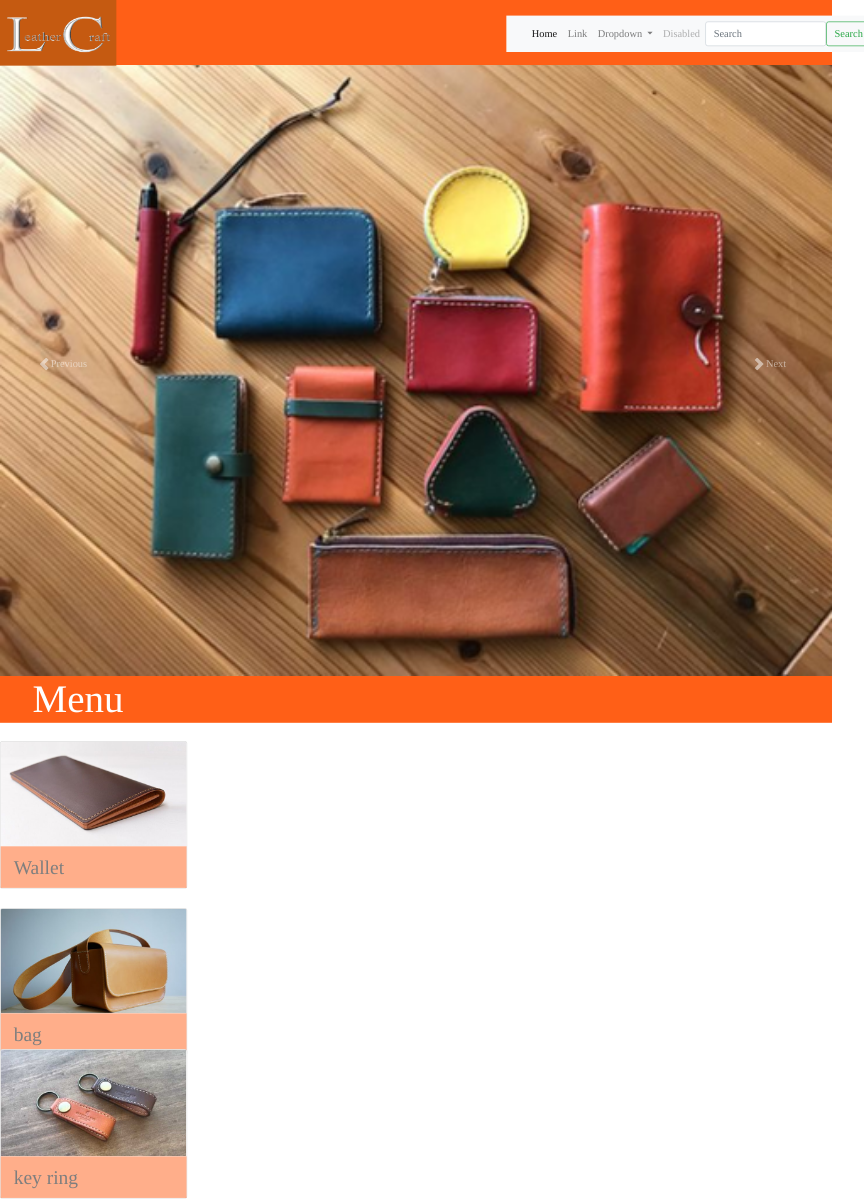
Repository: Ossan-gon/leatercraft
Page: index/indexx.html
The author's editor kept a record of every edit. The page is drawn from the files as they stood at one moment, then again after the next edit.
The browser window is 1280 px wide. The page is 1330 px wide, so the pictures cover 1330 px, including what lies to the right of the window. The pictures show the whole page, at 65% of full size.
Some web libraries are served in a nearby version.

Above is the page before.

After the next edit:
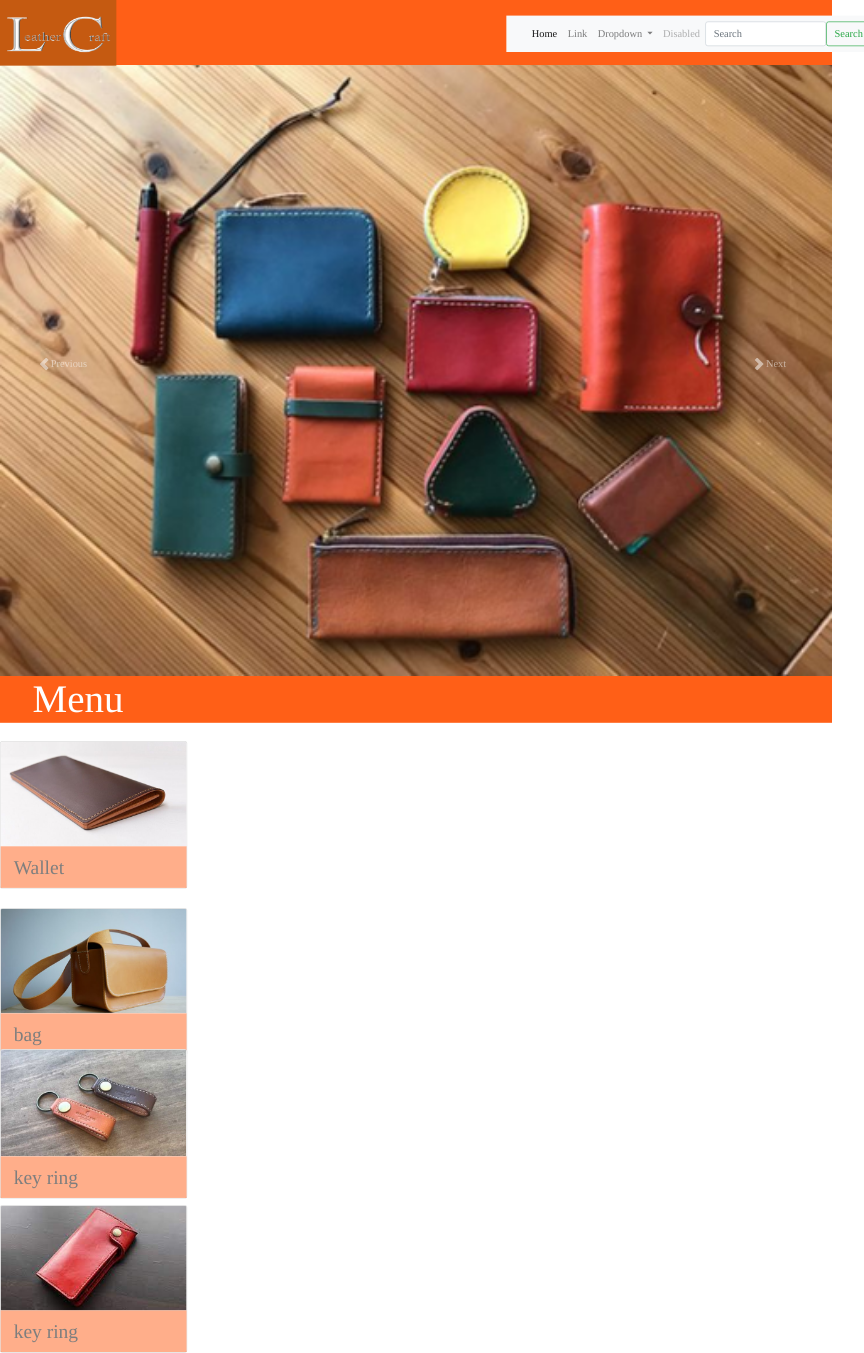
The edit:
--- a/index/indexx.html
+++ b/index/indexx.html
@@ -91,6 +91,12 @@
                 <p class="card-text">key ring</p>
               </div>
             </div>
+            <div class="card" style="width: 18rem;">
+              <img src="./../images/smartphonecase.png" class="card-img-top" alt="smartphone_case">
+              <div class="card-body">
+                <p class="card-text">key ring</p>
+              </div>
+            </div>
         </div>
     </section>
     <script src="https://cdn.jsdelivr.net/npm/@popperjs/core@2.5.4/dist/umd/popper.min.js" integrity="sha384-q2kxQ16AaE6UbzuKqyBE9/u/KzioAlnx2maXQHiDX9d4/zp8Ok3f+M7DPm+Ib6IU" crossorigin="anonymous"></script>
